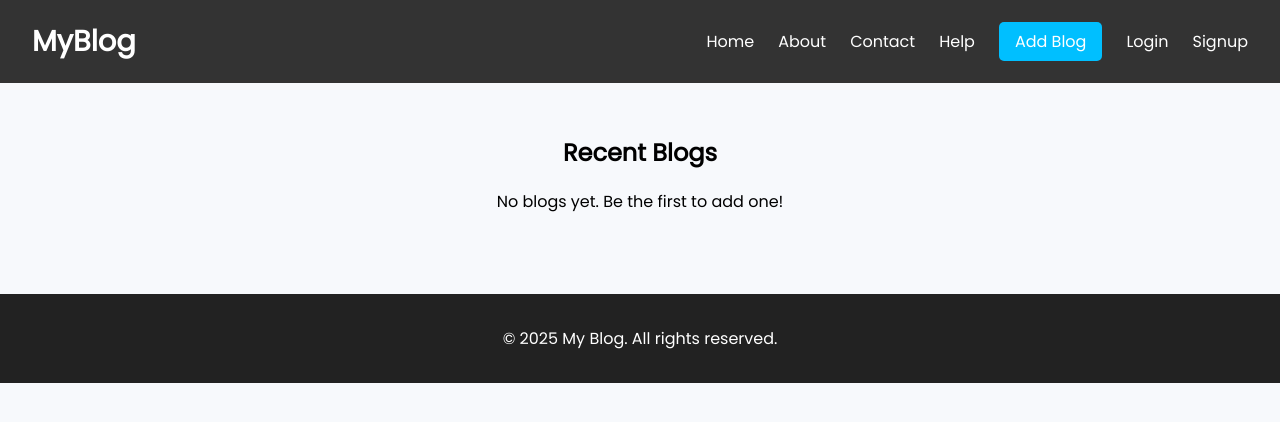
Repository: ankitg-02/FLASK
Page: http://localhost/
The author's editor kept a copy of each file at every save. The page is drawn from the files as they stood at one save, then again after the next save.
The browser window is 1280 px wide. The pictures show the whole page.
The page is served by the project's application, run on Flask 3 (app.py). Queries for data that is not in the repository find no rows.

Above is the page before, as saved 2025-05-19 16:28:58.

After the next save:
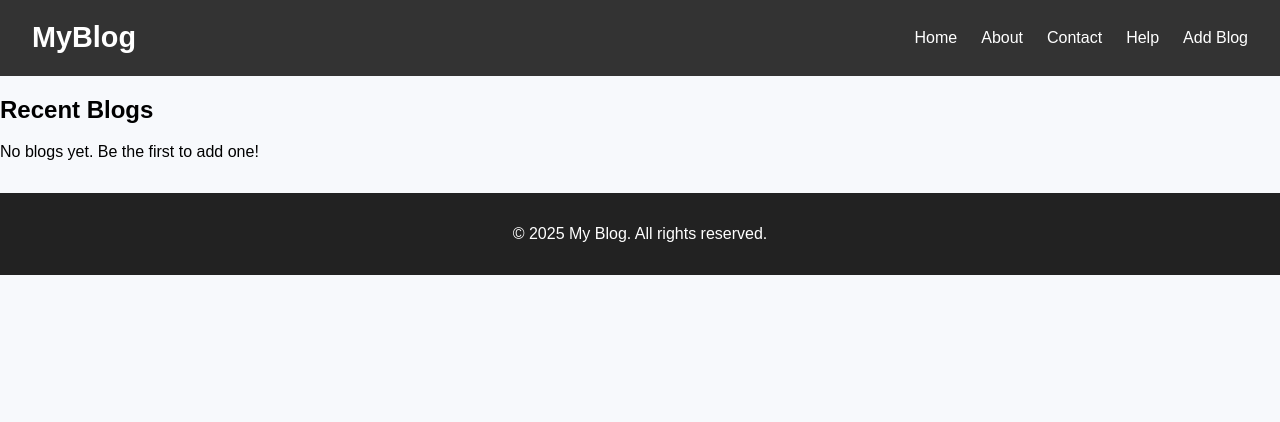
Saved 87 s later.
--- a/Project2/templates/base.html
+++ b/Project2/templates/base.html
@@ -2,60 +2,55 @@
 <html lang="en">
   <head>
     <meta charset="UTF-8" />
-    <meta name="viewport" content="width=device-width, initial-scale=1" />
     <title>{% block title %}My Blog{% endblock %}</title>
     <link
       rel="stylesheet"
       href="{{ url_for('static', filename='css/style.css') }}"
     />
-    <link
-      href="https://fonts.googleapis.com/css2?family=Poppins&display=swap"
-      rel="stylesheet"
-    />
+    <meta name="viewport" content="width=device-width, initial-scale=1" />
   </head>
   <body>
-    <nav class="navbar">
-      <div class="nav-container">
-        <a href="{{ url_for('index') }}" class="nav-logo">MyBlog</a>
-        <div class="nav-toggle" id="nav-toggle">
-          <span class="bar"></span>
-          <span class="bar"></span>
-          <span class="bar"></span>
+    <div class="wrapper">
+      <nav class="navbar">
+        <div class="nav-container">
+          <a href="{{ url_for('index') }}" class="nav-logo">MyBlog</a>
+          <ul class="nav-menu" id="nav-menu">
+            <li><a href="{{ url_for('index') }}" class="nav-link">Home</a></li>
+            <li><a href="{{ url_for('about') }}" class="nav-link">About</a></li>
+            <li>
+              <a href="{{ url_for('contact') }}" class="nav-link">Contact</a>
+            </li>
+            <li><a href="{{ url_for('help') }}" class="nav-link">Help</a></li>
+            <li>
+              <a
+                href="{{ url_for('add_blog') }}"
+                class="nav-link nav-link-button"
+                >Add Blog</a
+              >
+            </li>
+          </ul>
+          <div class="nav-toggle" id="nav-toggle">
+            <span></span>
+            <span></span>
+            <span></span>
+          </div>
         </div>
-        <ul class="nav-menu" id="nav-menu">
-          <li><a href="{{ url_for('index') }}" class="nav-link">Home</a></li>
-          <li><a href="{{ url_for('about') }}" class="nav-link">About</a></li>
-          <li>
-            <a href="{{ url_for('contact') }}" class="nav-link">Contact</a>
-          </li>
-          <li><a href="{{ url_for('help') }}" class="nav-link">Help</a></li>
-          <li>
-            <a href="{{ url_for('add_blog') }}" class="nav-link nav-button"
-              >Add Blog</a
-            >
-          </li>
-          {% if current_user.is_authenticated %}
-          <li><a href="{{ url_for('logout') }}" class="nav-link">Logout</a></li>
-          {% else %}
-          <li><a href="{{ url_for('login') }}" class="nav-link">Login</a></li>
-          <li><a href="{{ url_for('signup') }}" class="nav-link">Signup</a></li>
-          {% endif %}
-        </ul>
-      </div>
-    </nav>
+      </nav>
 
-    <main class="main-content">{% block content %}{% endblock %}</main>
+      <main>{% block content %}{% endblock %}</main>
 
-    <footer class="footer">
-      <p>&copy; 2025 My Blog. All rights reserved.</p>
-    </footer>
+      <footer class="footer">
+        <p>&copy; 2025 My Blog. All rights reserved.</p>
+      </footer>
+    </div>
 
     <script>
       const navToggle = document.getElementById("nav-toggle");
       const navMenu = document.getElementById("nav-menu");
 
       navToggle.addEventListener("click", () => {
-        navMenu.classList.toggle("nav-menu-visible");
+        navMenu.classList.toggle("nav-menu_visible");
+        navToggle.classList.toggle("nav-toggle_active");
       });
     </script>
   </body>
